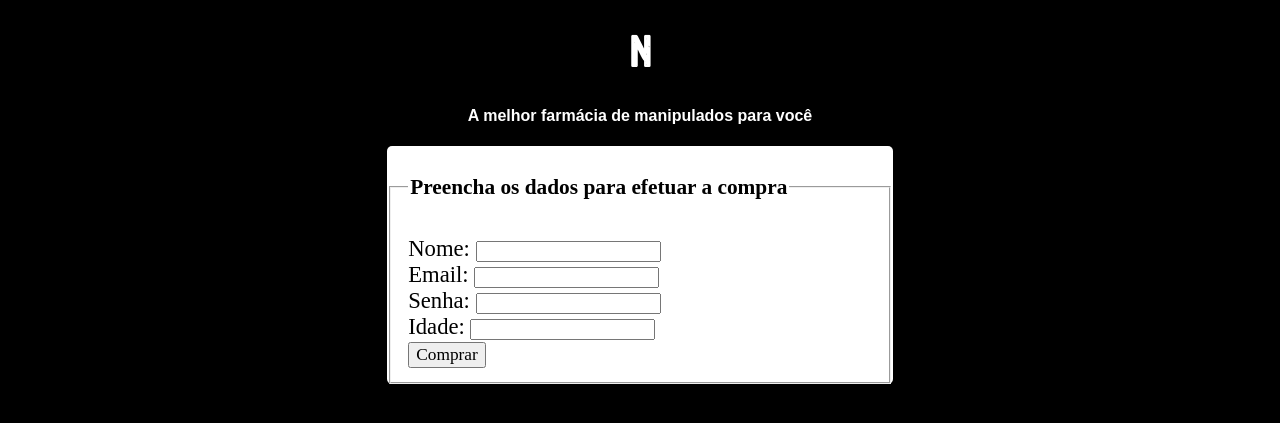
Repository: Leonngc/Lab
Page: comprar.html
An editor plug-in stored every save of this project. The page is shown before and after the next save, followed by the edit.
The browser window is 1280 px wide. The pictures show the whole page.

Above is the page before, as saved 2022-12-30 12:19:42.

After the next save:
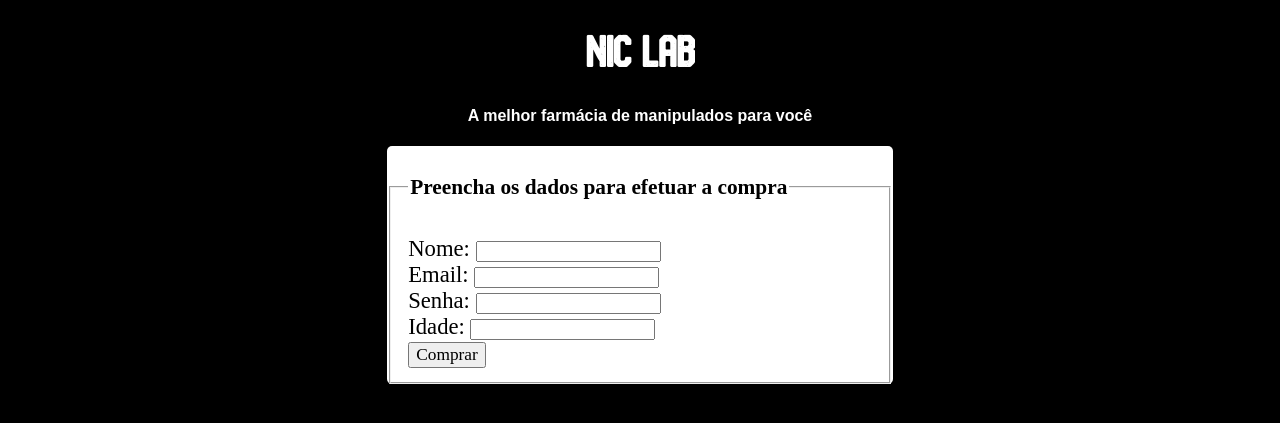
Saved 3 s later.
--- a/comprar.html
+++ b/comprar.html
@@ -9,7 +9,7 @@
 </head>
 <body>
     <header id="tit">
-        <h1 id="main">N</h1>
+        <h1 id="main">NIC LAB</h1>
         <h4 id="sub">A melhor farmácia de manipulados para você</h4>
     </header>
  <div id="formu">
